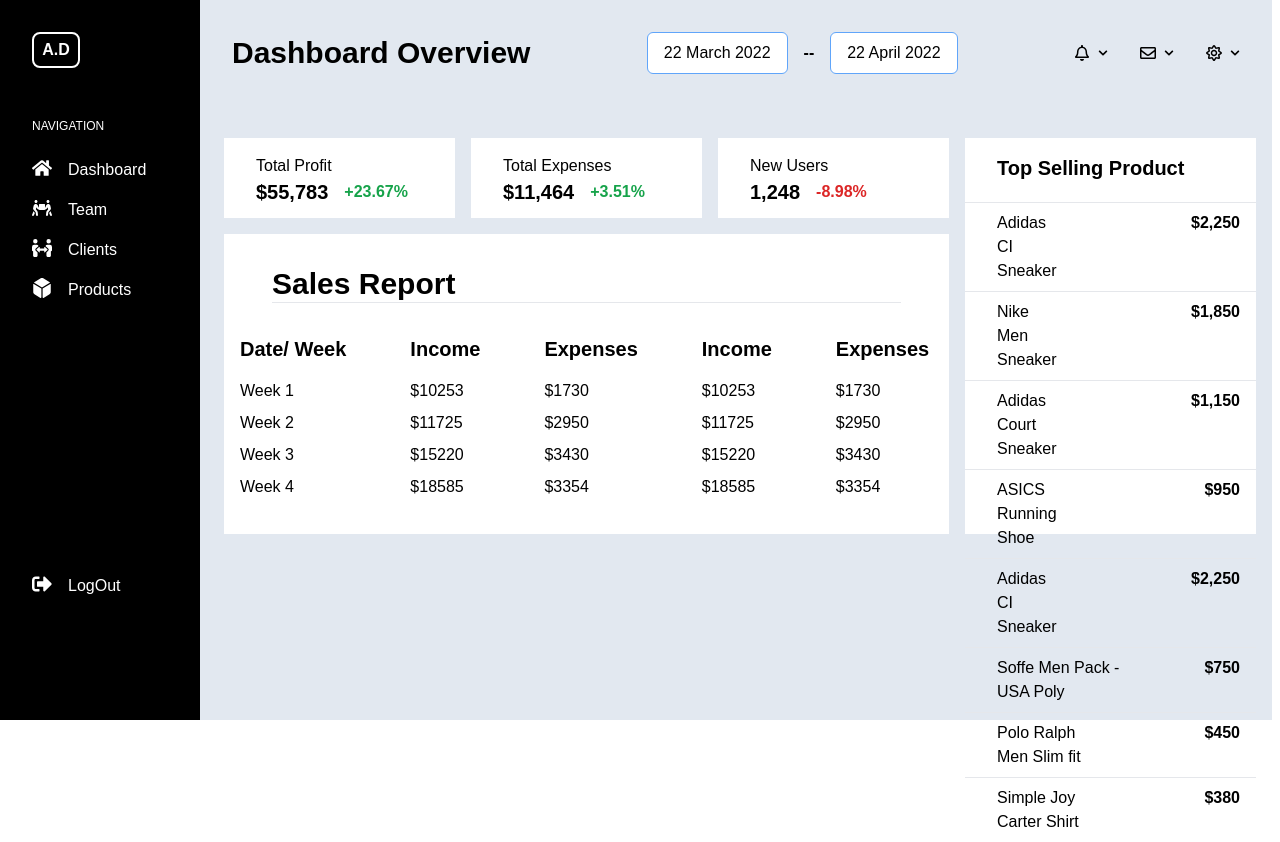
Repository: AngusOnyebuchi/Dashboard
Page: /dashboard
The author's editor kept a copy of each file at every save. The page is drawn from the files as they stood at one save, then again after the next save.
The browser window is 1280 px wide. The pictures show the whole page.
The page's requests for data from a server got no answer. The project was rebuilt for these pictures with package versions that can differ from the ones it lists, and the page was loaded fresh each time. No one was signed in, and anything a server would have sent is missing. Also part of the build but not shown: src/components/Login.js, src/components/Register.js, src/components/Team.js, src/components/Clients.js, src/components/Products.js.

Above is the page before, as saved 2022-05-26 16:24:06.

### src/index.js
import React from "react";
import ReactDOM from "react-dom";
import { BrowserRouter} from "react-router-dom"
import "./style.css"
import App from "./App";

ReactDOM.render(
            <BrowserRouter>
            <App/>
            </BrowserRouter>, document.getElementById("root"))

### src/style.css
@tailwind base;
@tailwind components;
@tailwind utilities;

@layer base {
    body{
        background-color: white;
        @apply font-[Sans-serif];
    }
    li {
        @apply px-4;
        @apply cursor-pointer;
    }
}

.content-div {
    background-repeat: no-repeat;
    background-size: cover;
    background-position: center;
    height: 150px;
}

.content-div:hover {
    background-image: linear-gradient(
        to right,
        rgba(112, 157, 255, 0.8),
        hsla(242, 74%, 61%, 0.8)
    )!important;
}

### src/App.js
import React, {useState, useEffect} from 'react'
import Home from './components/Home'
import Layout from './components/Layout'
import Login from './components/Login'
import Register from './components/Register'
import Team from './components/Team'
import Clients from './components/Clients'
import Products from './components/Products'
import { Routes, Route } from "react-router-dom"

const teamsUrl = 'https://fakerapi.it/api/v1/persons?_quantity=12'
const clientsUrl = 'https://fakerapi.it/api/v1/companies?_quantity=12'
const productsUrl = 'https://fakerapi.it/api/v1/products?_quantity=12'


export default function App() {

  const [teams, setTeams] = useState([])
  const [clients, setClients] = useState([])
  const [products, setProducts] = useState([])

  const getTeam = () => {
    fetch(teamsUrl)
    .then(response => response.json())
    .then(data => {
      console.log(data.data)
      setTeams(data.data)
    })
  }

  const getClient = () => {
    fetch(clientsUrl)
    .then(response => response.json())
    .then(data => {
      console.log(data.data)
      setClients(data.data)
    })
  }

  const getProduct = () => {
    fetch(productsUrl)
    .then(response => response.json())
    .then(data => {
      console.log(data.data)
      setProducts(data.data)
    })
  }

  useEffect(()=> {
      getTeam()
  }, [])

  useEffect(()=> {
    getClient()
}, [])

useEffect(()=> {
  getProduct()
}, [])

  const teamsElement = teams && teams.length && teams.map(team => {
    return (
      <Team
              key= {team.id}
              firstname= {team.firstname}
              lastname= {team.lastname}
              email= {team.email}
              phone= {team.phone}
              gender= {team.gender}
              image= {team.image}
              />
    )
  })

  const clientsElement = clients && clients.length && clients.map(client => {
    return (
      <Clients
              key= {client.id}
              fullname= {client.name}
              email= {client.email}
              phone= {client.phone}
              gender= {client.gender}
              image= {client.image}
              />
    )
  })

  const productsElement = products && products.length && products.map(product => {
    return (
      <Products
              key= {product.id}
              name= {product.name}
              image= {product.image}
              netPrice= {product.net_price}
              taxes= {product.taxes}
              price= {product.price}
              />
    )
  })

  return (
    <div>

      <Routes>
          <Route path='/' element={<Login/>}/>

          <Route path='/dashboard' element={
          <Layout>
          <Home/>
          </Layout>
          }/>

          <Route path='/register' element={<Register/>}/>

          <Route path='/team' element={
            <Layout>
            <div className='px-8'>
              <div className='text-center p-8 text-black'>
                <h1 className='text-3xl inline border-b-4 border-pink-600'>Team Members</h1>
              </div>
              <div className='grid grid-cols-3 pb-12'>
              {teamsElement}
              </div>
            </div>
            </Layout>
          }/>

          <Route path='/clients' element={
            <Layout>
            <div className='px-8'>
            <div className='text-center p-8 text-black'>
              <h1 className='text-3xl inline border-b-4 border-pink-600'>Our Clients</h1>
            </div>
            <div className='grid grid-cols-3 pb-12'>
            {clientsElement}
            </div>
          </div>
          </Layout>
          }/>

          <Route path='/products' element={
            <Layout>
            <div className='px-8'>
            <div className='text-center p-8 text-black'>
              <h1 className='text-3xl inline border-b-4 border-pink-600'>Our Products</h1>
            </div>
            <div className='grid grid-cols-3 pb-12'>
            {productsElement}
            </div>
          </div>
          </Layout>
          }/>

      </Routes>
    </div>
  )
}

### src/components/Home.js
import React from 'react'
import { FaChevronDown, FaRegEnvelope, FaRegSun, FaRegBell} from 'react-icons/fa'

export default function Home() {
  return (
    <div name="dashboard" className='p-4 mx-2 h-screen bg-slate-200'>

          {/** The first part after the nav */}
      <div className='flex justify-between p-4 items-center'>
        <h1 className='font-bold text-3xl ml-48'>Dashboard Overview</h1>

        <div className='flex items-center gap-4'>
          <div className='px-4 py-2 bg-white border-[1px] rounded-md border-blue-400'>
            <p>22 March 2022</p>
            <img alt=''/>
          </div>

          <p><strong>--</strong></p>

          <div className='px-4 py-2 bg-white border-[1px] rounded-md border-blue-400'>
            <p>22 April 2022</p>
            <img alt=''/>
          </div>
        </div>

        <div className='flex gap-8 items-center '>
          <div className='flex gap-2 items-center cursor-pointer'>
            <FaRegBell/>
            <FaChevronDown size={10}/>
          </div>
          <div className='flex gap-2 items-center cursor-pointer'>
            <FaRegEnvelope/>
            <FaChevronDown size={10}/>
          </div>
          <div className='flex gap-2 items-center cursor-pointer'>
            <FaRegSun/>
            <FaChevronDown size={10}/>
          </div>
        </div>

      </div>


        {/** The second part after the nav */}
        <div className='flex gap-4 mt-12'>

          <div className='ml-[200px]'>
          <div className='flex items-center gap-4'>

            <div className='h-[80px] w-[231px] bg-white py-4 px-8'>
              <p>Total Profit</p>
              <div className='flex items-center gap-4 font-bold'>
                <p className='text-xl'>$55,783</p>
                <p className='text-green-600'>+23.67%</p>
              </div>
            </div>

            <div className='h-[80px] w-[231px] bg-white py-4 px-8'>
              <p>Total Expenses</p>
              <div className='flex items-center gap-4 font-bold'>
                <p className='text-xl'>$11,464</p>
                <p className='text-green-600'>+3.51%</p>
              </div>
            </div>

            <div className='h-[80px] w-[231px] bg-white py-4 px-8'>
              <p>New Users</p>
              <div className='flex items-center gap-4 font-bold'>
                <p className='text-xl'>1,248</p>
                <p className='text-red-600'>-8.98%</p>
              </div>
            </div>

          </div>

          <div className='h-[300px] w-[725px] bg-white mt-4'>

            <div className='text-3xl px-12 py-8'>
              <p className='font-bold'>Sales Report</p>
              <hr/>
            </div>

            <div className='flex items-center px-4 gap-16'>
              <div>
                <p className='text-xl font-bold mb-4'>Date/ Week</p>
                <p className='mb-2'>Week 1</p>
                <p className='mb-2'>Week 2</p>
                <p className='mb-2'>Week 3</p>
                <p className='mb-2'>Week 4</p>
              </div>
              <div>
                <p className='text-xl font-bold mb-4'>Income</p>
                <p className='mb-2'>$10253</p>
                <p className='mb-2'>$11725</p>
                <p className='mb-2'>$15220</p>
                <p className='mb-2'>$18585</p>
              </div>
              <div>
                <p className='text-xl font-bold mb-4'>Expenses</p>
                <p className='mb-2'>$1730</p>
                <p className='mb-2'>$2950</p>
                <p className='mb-2'>$3430</p>
                <p className='mb-2'>$3354</p>
              </div>
              <div>
                <p className='text-xl font-bold mb-4'>Income</p>
                <p className='mb-2'>$10253</p>
                <p className='mb-2'>$11725</p>
                <p className='mb-2'>$15220</p>
                <p className='mb-2'>$18585</p>
              </div>
              <div>
                <p className='text-xl font-bold mb-4'>Expenses</p>
                <p className='mb-2'>$1730</p>
                <p className='mb-2'>$2950</p>
                <p className='mb-2'>$3430</p>
                <p className='mb-2'>$3354</p>
              </div>

            </div>
          </div>

          </div>

          <div className='bg-white h-[396px] w-[382px] py-4'>
            <p className='font-bold text-xl pl-8 pb-5'>Top Selling Product</p>
            <hr/>
            <div className='flex gap-4 px-4 py-2'>
              <img alt='' src=''/>
              <p>Adidas CI Sneaker</p>
              <p className='font-bold ml-28'>$2,250</p>
            </div>
            <hr/>

            <div className='flex gap-4 px-4 py-2'>
              <img alt='' src=''/>
              <p>Nike Men Sneaker</p>
              <p className='font-bold ml-28'>$1,850</p>
            </div>
            <hr/>

            <div className='flex gap-4 px-4 py-2'>
              <img alt='' src=''/>
              <p>Adidas Court Sneaker</p>
              <p className='font-bold ml-[88px]'>$1,150</p>
            </div>
            <hr/>

            <div className='flex gap-4 px-4 py-2'>
              <img alt='' src=''/>
              <p>ASICS Running Shoe</p>
              <p className='font-bold ml-24'>$950</p>
            </div>
            <hr/>

            <div className='flex gap-4 px-4 py-2'>
              <img alt='' src=''/>
              <p>Adidas CI Sneaker</p>
              <p className='font-bold ml-28'>$2,250</p>
            </div>
            <hr/>

            <div className='flex gap-4 px-4 py-2'>
              <img alt='' src=''/>
              <p>Soffe Men Pack - USA Poly</p>
              <p className='font-bold ml-14'>$750</p>
            </div>
            <hr/>

            <div className='flex gap-4 px-4 py-2'>
              <img alt='' src=''/>
              <p>Polo Ralph Men Slim fit</p>
              <p className='font-bold ml-20'>$450</p>
            </div>
            <hr/>

            <div className='flex gap-4 px-4 py-2'>
              <img alt='' src=''/>
              <p>Simple Joy Carter Shirt</p>
              <p className='font-bold ml-20'>$380</p>
            </div>

          </div>

        </div>

    </div>
  )
}

### src/components/Layout.js
import React from 'react'
import NavBar from './NavBar'

export default function Layout({ children }) {
  return (
    <div>
        <NavBar />
        <div>{children}</div>
    </div>
  )
}

### src/components/NavBar.js
import React from 'react'
import { NavLink } from 'react-router-dom'
import { FaHome, FaPeopleCarry, FaPeopleArrows, FaDiceD6, FaSignOutAlt } from 'react-icons/fa'

export default function NavBar() {
  return (
    <div className=' fixed w-[200px] h-screen px-8 py-4 text-white bg-black'>
        <div className='flex gap-2 items-center text-center'>
            <h1 className='p-1 mt-4 w-12 border-2 border-white rounded-lg text-center text-white'><strong>A.D</strong></h1>
        </div>

        <div>
        <div className='mt-[50px]'>
                <h1 className='uppercase mb-6 text-xs'>Navigation</h1>

                <NavLink to='/dashboard'>
                  <div className='flex gap-4 text-center'>
                    <FaHome size={20}/>
                    <p className='cursor-pointer mb-4'>Dashboard</p>
                  </div>
                </NavLink>
                <NavLink to='/team'>
                  <div className='flex gap-4 text-center'>
                    <FaPeopleCarry size={20}/>
                    <p className='cursor-pointer mb-4'>Team</p>
                  </div>
                </NavLink>
                <NavLink to='/clients'>
                  <div className='flex gap-4 text-center'>
                    <FaPeopleArrows size={20}/>
                    <p className='cursor-pointer mb-4'>Clients</p>
                  </div>
                </NavLink>
                <NavLink to='/products'>
                  <div className='flex gap-4 text-center'>
                    <FaDiceD6 size={20}/>
                    <p className='cursor-pointer mb-[272px]'>Products</p>
                  </div>
                </NavLink>
                <NavLink to='/'>
                  <div className='flex gap-4 text-center'>
                    <FaSignOutAlt size={20}/>
                    <p className='cursor-pointer mb-4'>LogOut</p>
                  </div>
                </NavLink>
            </div>
        </div>
    </div>
  )
}

Loaded but not shown: public/index.html (common file); tailwind.config.js (common file)

After the next save:
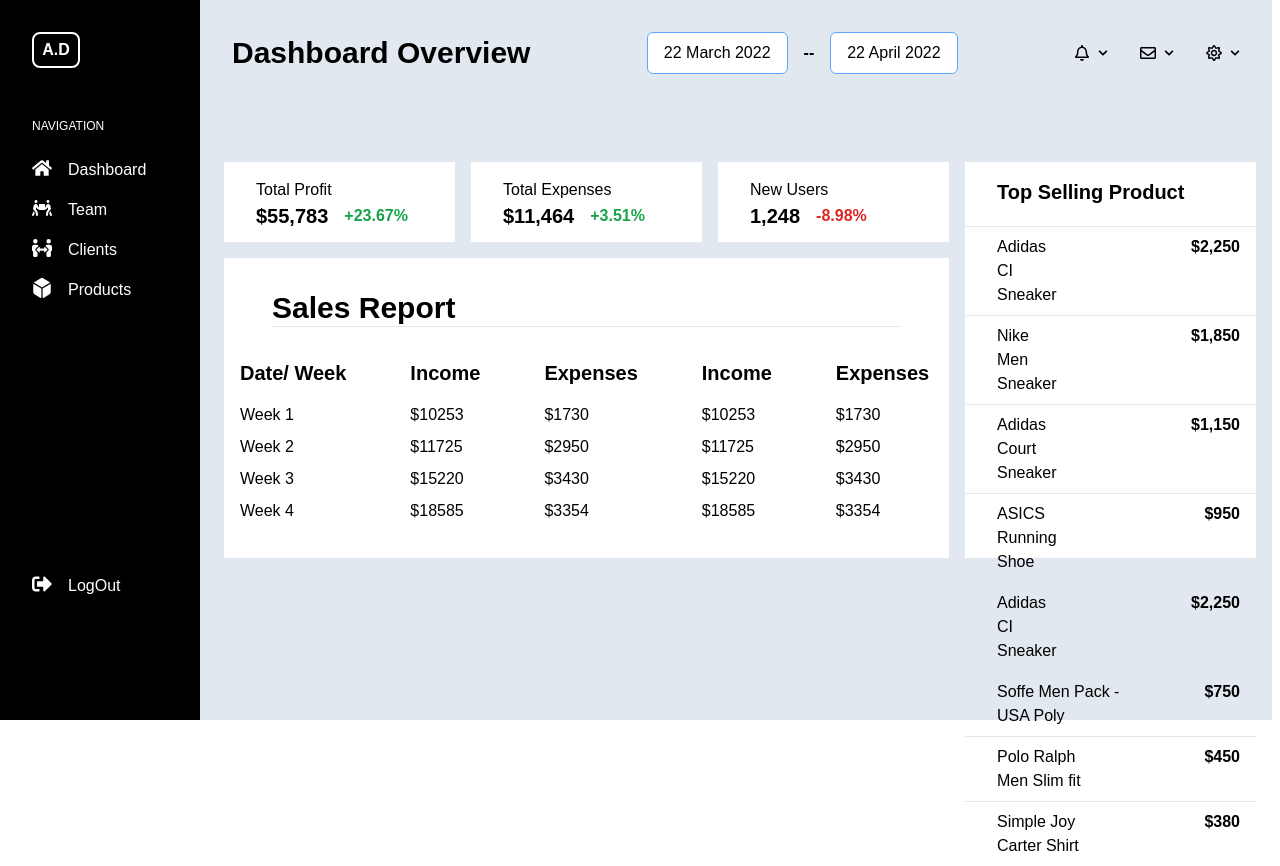
Saved 2 min 51 s later.
--- a/src/components/Home.js
+++ b/src/components/Home.js
@@ -38,6 +38,10 @@ export default function Home() {
           </div>
         </div>
 
+      </div>
+
+      <div>
+        <p>/ Dashboard</p>
       </div>
 
 
